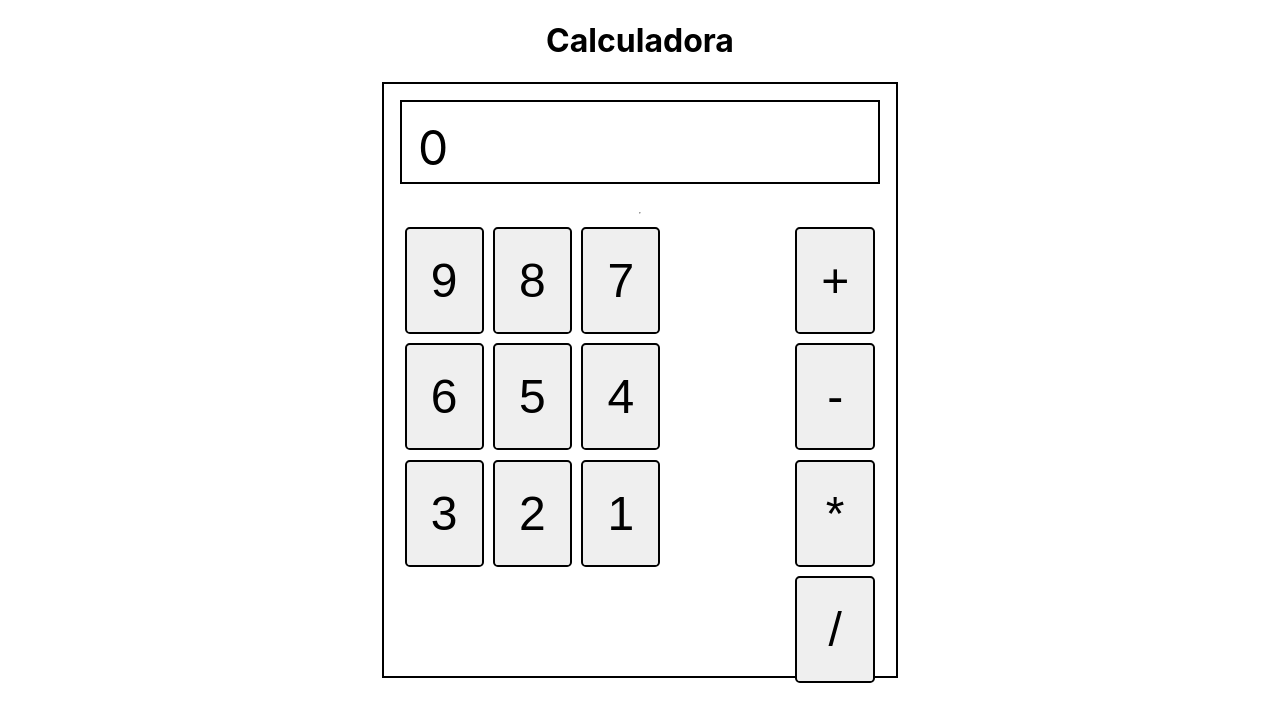
Repository: yamaka/curso-react-febrero-2022
Page: /
The author's editor kept a copy of each file at every save. The page is drawn from the files as they stood at one save, then again after the next save.
The browser window is 1280 px wide. The pictures show the whole page.
The project was rebuilt for these pictures with package versions that can differ from the ones it lists, and the page was loaded fresh each time. Also part of the build but not shown: src/App.css, src/components/Zanahoria/Zanahoria.css, src/components/Zanahoria/Zanahoria.js, src/components/Zanahorias/Zanahorias.js, src/components/Lechuga/Lechuga.css, src/components/Lechuga/Lechuga.js, src/components/Calculadora/Calculadora.css, src/components/Calculadora/Calculadora.js and 4 more.

Above is the page before, as saved 2022-03-02 18:44:45.

After the next save:
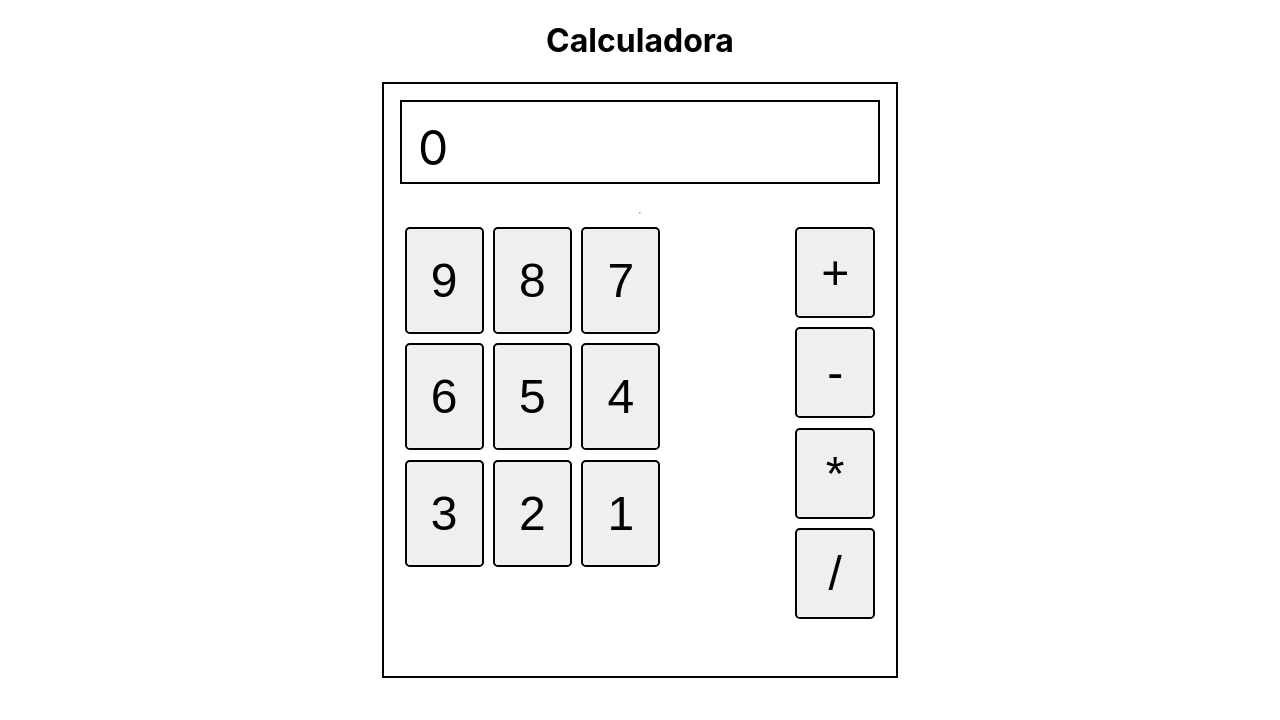
Saved 94 s later.
--- a/src/hooks/components/BotonOperacion/BotonOperacion.css
+++ b/src/hooks/components/BotonOperacion/BotonOperacion.css
@@ -1,6 +1,9 @@
 .boton-operacion {
   border: solid 2px;
-  padding: 1.5rem;
+  padding-top: 1rem;
+  padding-bottom: 1rem;
+  padding-left: 1.5rem;
+  padding-right: 1.5rem;
   border-radius: 0.3rem;
   font-size: 3rem;
   margin: 0.3rem;
